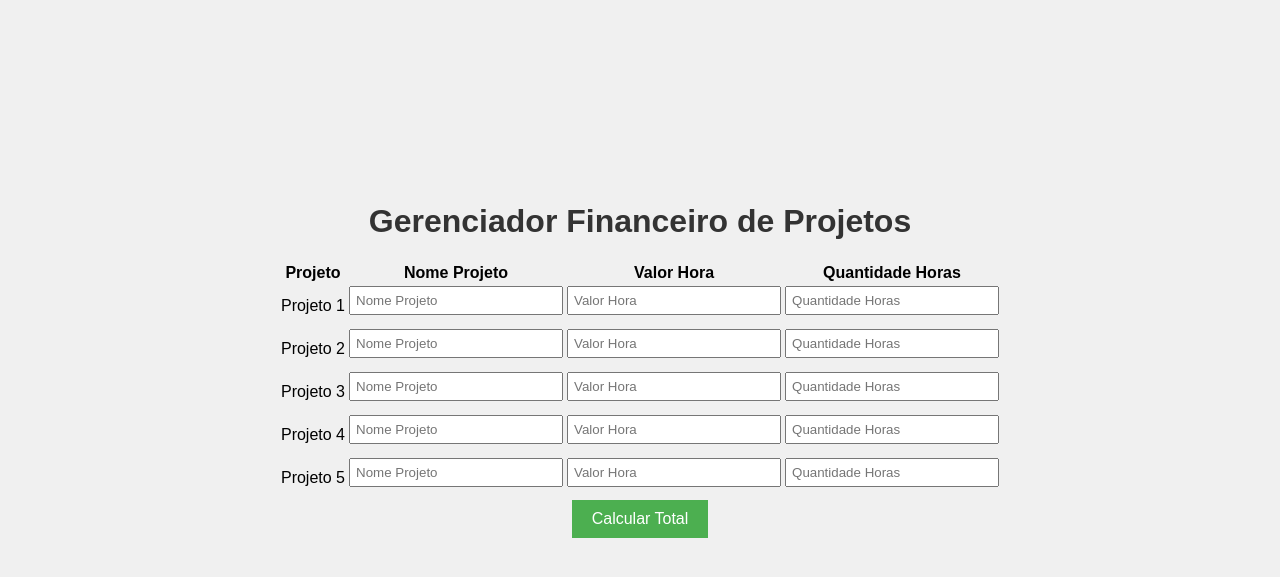
Repository: Gabrielb0rn/JavaScript-HTML.io
Page: atividade 8/index.html
These files come from the project's save history. The page is drawn as it stood at one moment and after the next save; the edit follows.
The browser window is 1280 px wide. The pictures show the whole page.

Above is the page before, as saved 2024-07-04 11:25:05.

### atividade 8/index.html
<!DOCTYPE html>
<html lang="pt-BR">
<head>
    <meta charset="UTF-8">
    <meta name="viewport" content="width=device-width, initial-scale=1.0">
    <title>Gerenciador Financeiro de Projetos</title>
    <link rel="stylesheet" href="assets/style.css">
</head>
<body>
    <h1>Gerenciador Financeiro de Projetos</h1>
    <table>
        <thead>
            <tr>
                <th>Projeto</th>
                <th>Nome Projeto</th>
                <th>Valor Hora</th>
                <th>Quantidade Horas</th>
            </tr>
        </thead>
        <tbody>
            <tr>
                <td>Projeto 1</td>
                <td><input type="text" id="nomeProjeto1" placeholder="Nome Projeto"></td>
                <td><input type="number" id="valorHora1" placeholder="Valor Hora"></td>
                <td><input type="number" id="quantidadeHoras1" placeholder="Quantidade Horas"></td>
            </tr>
            <tr>
                <td>Projeto 2</td>
                <td><input type="text" id="nomeProjeto2" placeholder="Nome Projeto"></td>
                <td><input type="number" id="valorHora2" placeholder="Valor Hora"></td>
                <td><input type="number" id="quantidadeHoras2" placeholder="Quantidade Horas"></td>
            </tr>
            <tr>
                <td>Projeto 3</td>
                <td><input type="text" id="nomeProjeto3" placeholder="Nome Projeto"></td>
                <td><input type="number" id="valorHora3" placeholder="Valor Hora"></td>
                <td><input type="number" id="quantidadeHoras3" placeholder="Quantidade Horas"></td>
            </tr>
            <tr>
                <td>Projeto 4</td>
                <td><input type="text" id="nomeProjeto4" placeholder="Nome Projeto"></td>
                <td><input type="number" id="valorHora4" placeholder="Valor Hora"></td>
                <td><input type="number" id="quantidadeHoras4" placeholder="Quantidade Horas"></td>
            </tr>
            <tr>
                <td>Projeto 5</td>
                <td><input type="text" id="nomeProjeto5" placeholder="Nome Projeto"></td>
                <td><input type="number" id="valorHora5" placeholder="Valor Hora"></td>
                <td><input type="number" id="quantidadeHoras5" placeholder="Quantidade Horas"></td>
            </tr>
        </tbody>
    </table>
    <button onclick="calcularTotal()">Calcular Total</button>
    <div id="resultados"></div>
<script src="assets/scripts.js"></script>
</body>
</html>

### atividade 8/assets/style.css
body {
    font-family: Arial, sans-serif;
    display: flex;
    flex-direction: column;
    align-items: center;
    justify-content: center;
    height: 100vh;
    background-color: #f0f0f0;
    margin: 0;
}
h1 {
    color: #333;
}
label {
    margin: 10px 0 5px;
}
input {
    padding: 5px;
    margin-bottom: 10px;
    width: 200px;
}
button {
    padding: 10px 20px;
    background-color: #4CAF50;
    color: white;
    border: none;
    cursor: pointer;
    font-size: 16px;
}
button:hover {
    background-color: #45a049;
}
#resultado {
    margin-top: 20px;
    font-size: 18px;
    color: #333;
}

### atividade 8/assets/scripts.js
function calcularTotal() {
    let totalGeral = 0;
    let resultados = '';

    for (let i = 1; i <= 5; i++) {
        const nomeProjeto = document.getElementById(`nomeProjeto${i}`).value;
        const valorHora = parseFloat(document.getElementById(`valorHora${i}`).value) || 0;
        const quantidadeHoras = parseFloat(document.getElementById(`quantidadeHoras${i}`).value) || 0;
        const totalProjeto = valorHora * quantidadeHoras;

        if (nomeProjeto && valorHora && quantidadeHoras) {
            resultados += `<p class="result">Projeto ${i}: R$ ${totalProjeto.toFixed(2)}</p>`;
        }

        totalGeral += totalProjeto;
    }

    resultados += `<p class="result">Total Geral: R$ ${totalGeral.toFixed(2)}</p>`;
    document.getElementById('resultados').innerHTML = resultados;
}

After the next save:
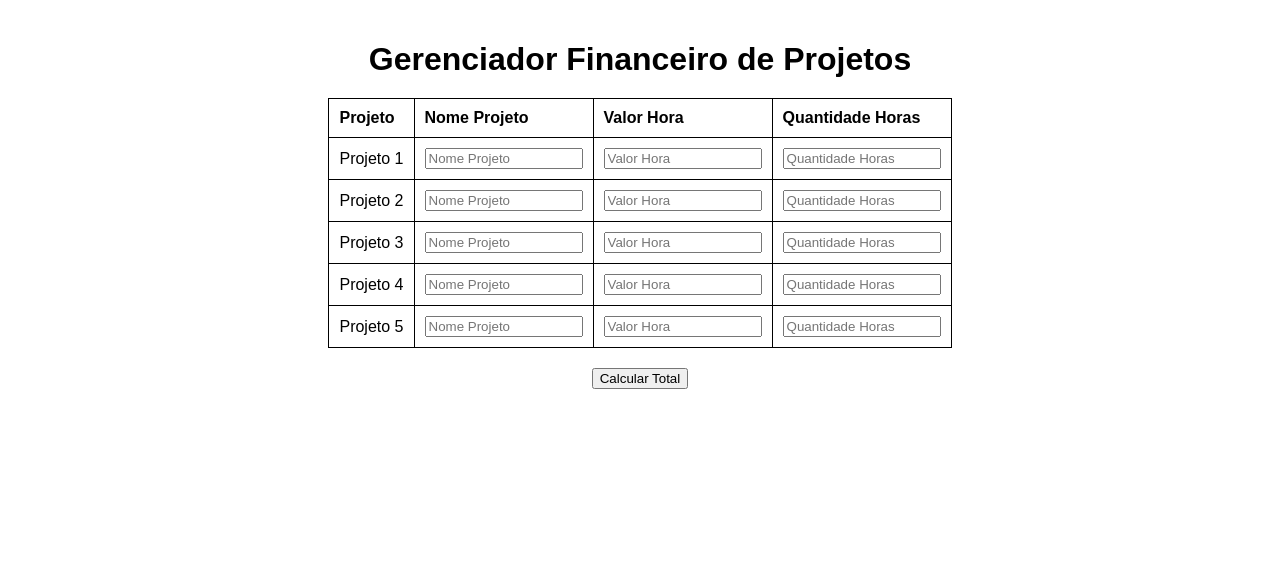
Saved 4 s later.
--- a/atividade 8/assets/style.css
+++ b/atividade 8/assets/style.css
@@ -3,35 +3,30 @@ body {
     display: flex;
     flex-direction: column;
     align-items: center;
-    justify-content: center;
-    height: 100vh;
-    background-color: #f0f0f0;
     margin: 0;
+    padding: 20px;
 }
+
 h1 {
-    color: #333;
+    margin-bottom: 20px;
 }
-label {
-    margin: 10px 0 5px;
+
+table {
+    border-collapse: collapse;
+    margin-bottom: 20px;
 }
-input {
-    padding: 5px;
-    margin-bottom: 10px;
-    width: 200px;
+
+th, td {
+    border: 1px solid #000;
+    padding: 10px;
+    text-align: left;
 }
-button {
-    padding: 10px 20px;
-    background-color: #4CAF50;
-    color: white;
-    border: none;
-    cursor: pointer;
-    font-size: 16px;
+
+input[type="text"], input[type="number"] {
+    width: 150px;
 }
-button:hover {
-    background-color: #45a049;
+
+.result {
+    font-weight: bold;
+    color: #800080;
 }
-#resultado {
-    margin-top: 20px;
-    font-size: 18px;
-    color: #333;
-}
